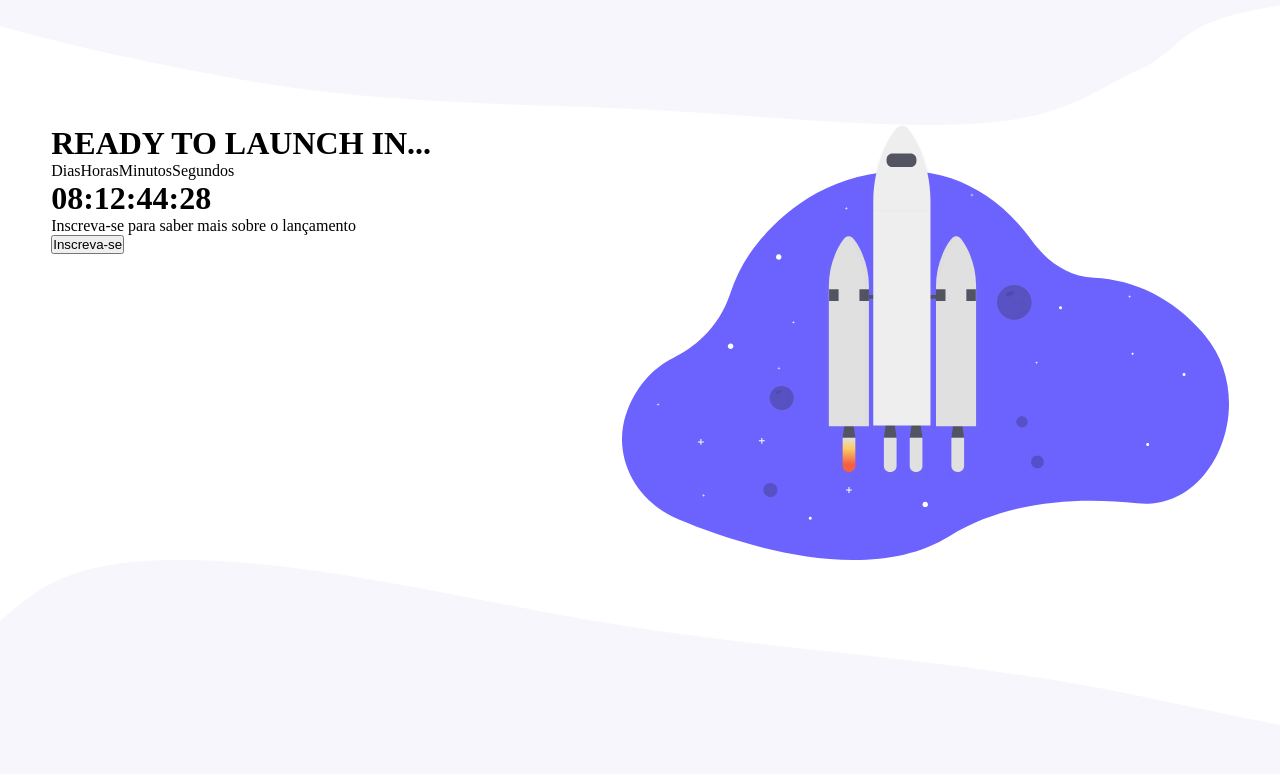
Repository: BrunoBross/countdown
Page: index.html
The author's editor kept a copy of each file at every save. The page is drawn from the files as they stood at one save, then again after the next save.
The browser window is 1280 px wide. The pictures show the whole page.

Above is the page before, as saved 2021-11-30 00:40:42.

### index.html
<!DOCTYPE html>
<html lang="en">
<head>
  <meta charset="UTF-8">
  <meta http-equiv="X-UA-Compatible" content="IE=edge">
  <meta name="viewport" content="width=device-width, initial-scale=1.0">
  <title>Document</title>
  <link rel="stylesheet" href="./style.css">
  <link rel="preconnect" href="https://fonts.googleapis.com">
  <link rel="preconnect" href="https://fonts.gstatic.com" crossorigin>
  <link href="https://fonts.googleapis.com/css2?family=Poppins:wght@300;400;500&display=swap" rel="stylesheet">
</head>
<body>
  <div class="background">
    <img class="image" id="top" src="./assets/top-image.svg" alt="">
    <div class="center">
      <div class="content">
        <h1>READY TO LAUNCH IN...</h1>
        <div class="clock">
          <div class="labels">
            <p>Dias</p>
            <p>Horas</p>
            <p>Minutos</p>
            <p>Segundos</p>
          </div>
          <div class="time">
            <h1>08</h1>
            <h1>:</h1>
            <h1>12</h1>
            <h1>:</h1>
            <h1>44</h1>
            <h1>:</h1>
            <h1>28</h1>
          </div>
        </div>
        <p>Inscreva-se para saber mais sobre o lançamento</p>
        <button>Inscreva-se</button>
      </div>
      <img id="rocket" src="./assets/rocket.svg" alt="">
    </div>
    <img class="image" id="bottom" src="./assets/bottom-image.svg" alt="">
  </div>
</body>

<script src="./script.js"></script>
</html>

### style.css
*{
  padding: 0;
  margin: 0;
}

body{
  background-color: #FFF;
}

.background{
  height: 100vh;
  display: flex;
  flex-direction: column;
  justify-content: space-between;
}

.center{
  padding: 0 4vw;
  display: flex;
  justify-content: space-between;

}

.image{
  width: 100vw;
}

.clock{
  display: flex;
  flex-direction: column;
}

.labels{
  display: flex;
}

.time{
  display: flex;
}

Loaded but not shown: script.js (no copy from this time; the picture is the same without it)

After the next save:
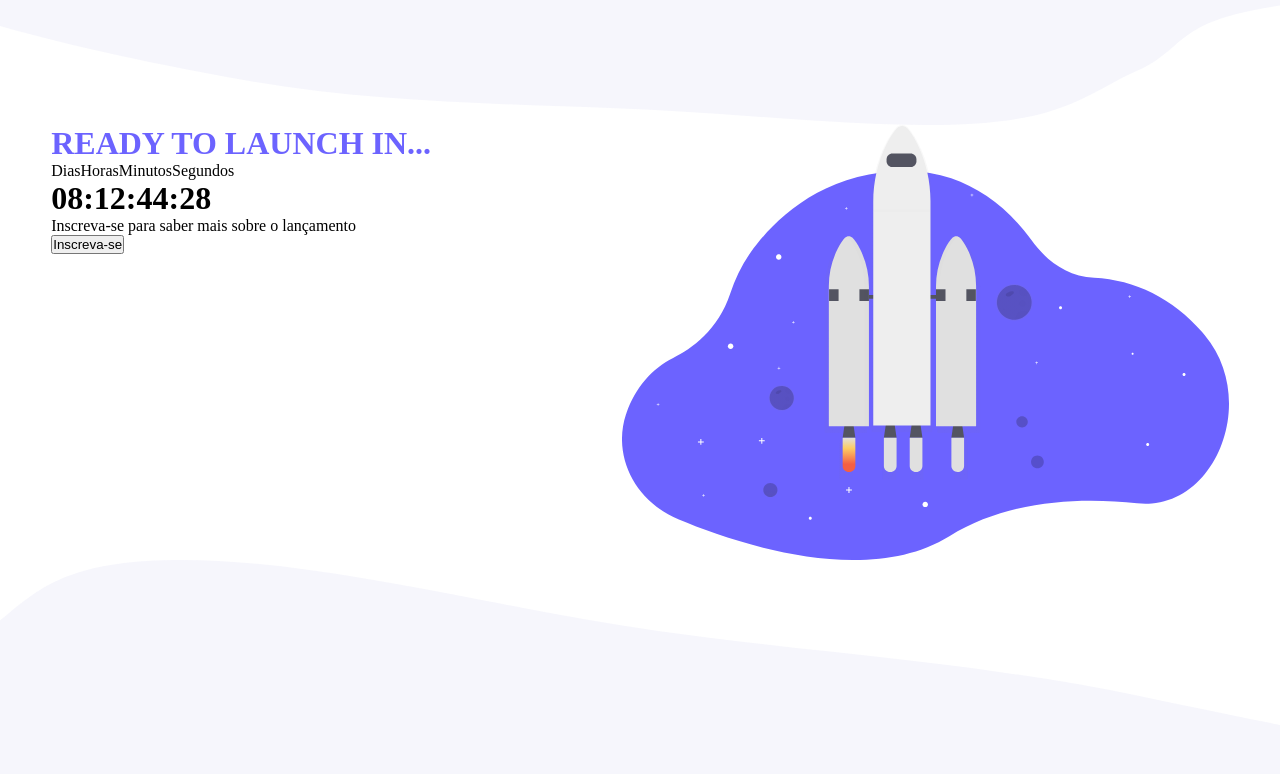
Saved 63 s later.
--- a/style.css
+++ b/style.css
@@ -37,3 +37,7 @@ body{
 .time{
   display: flex;
 }
+
+.content > h1{
+  color: #6C63FF;
+}
